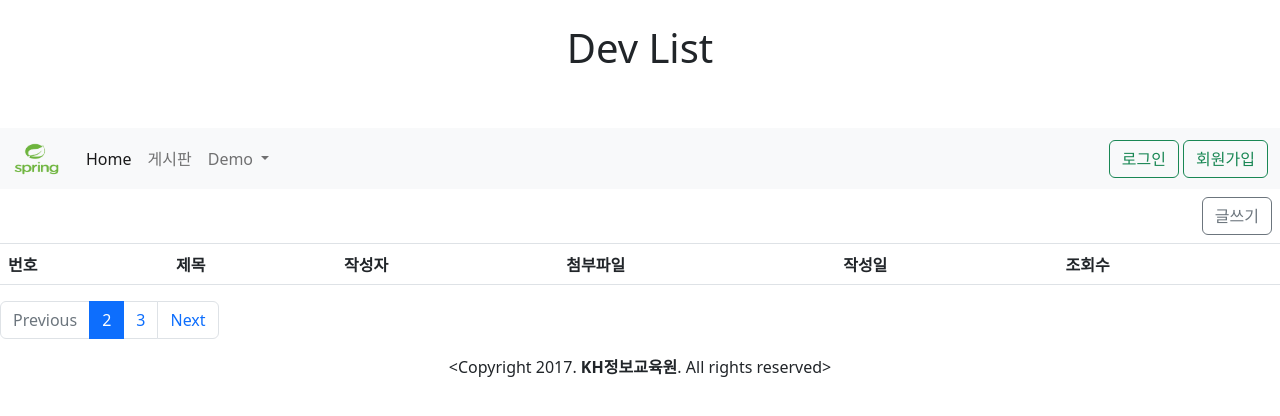
Repository: yerimeee/06_springWork
Page: http://localhost/springProject/WEB-INF/views/board/boardList.jsp
The author's editor kept a copy of each file at every save. The page is drawn from the files as they stood at one save, then again after the next save.
The browser window is 1280 px wide. The pictures show the whole page.
The page is served by Tomcat 9. Nobody is signed in. Other server files are loaded and not shown. The template is opened directly, without the code that normally fills it, so the values that code supplies are empty.

Above is the page before, as saved 2023-06-16 08:18:20.

### springProject/src/main/webapp/WEB-INF/views/board/boardList.jsp
<%@ page language="java" contentType="text/html; charset=UTF-8"
    pageEncoding="UTF-8"%>
<%@ taglib prefix="c" uri="http://java.sun.com/jsp/jstl/core" %>
<%@ taglib prefix="fmt" uri="http://java.sun.com/jsp/jstl/fmt" %>
<%@ taglib prefix="fn" uri="http://java.sun.com/jsp/jstl/functions" %>
<style>
	#container {
	width:1000px;
	margin:auto;
	padding:15px;
	}
</style>
<jsp:include page="/WEB-INF/views/common/header.jsp">
	<jsp:param value="Dev List" name="title"/>
</jsp:include>

<table class="table">
	<tr>
		<td colspan="6" align="right">
			<button type="button" class="btn btn-outline-secondary">글쓰기</button>
		</td>
	</tr>
	<tr>
		<th scope="col">번호</th>
		<th scope="col">제목</th>
		<th scope="col">작성자</th>
		<th scope="col">첨부파일</th>
		<th scope="col">작성일</th>
		<th scope="col">조회수</th>
	</tr>
	<c:forEach items="${boardList }" var="board">
		<tr>
			<td>${board.boardNo }</td>
			<td>${board.boardTitle }</td>
			<td>${board.boardWriter }</td>
			<td>${board.originalFilename }</td>
			<td>${board.createDate }</td>
			<td>${board.count }</td>
		</tr>
	</c:forEach>
</table>

<nav aria-label="...">
  <ul class="pagination">
  	<c:if test="${pi.nowPage ne 1 }">
    <li class="page-item disabled">
      <a class="page-link" href="#" tabindex="-1" aria-disabled="true">Previous</a>
    </li>
    </c:if>
    <c:forEach var="p" begin="${pi.startPage }" end="${pi.endPage }">
       <c:choose>
       	<c:when test="${p eq pi.nowPage }">
		    <li class="page-item"><a class="page-link" href="#">${p }</a></li>
       	</c:when>
       </c:choose>
    </c:forEach>
    <li class="page-item active" aria-current="page">
      <a class="page-link" href="#">2</a>
    </li>
    <li class="page-item"><a class="page-link" href="#">3</a></li>
    <li class="page-item">
      <a class="page-link" href="#">Next</a>
    </li>
  </ul>
</nav>

<jsp:include page="/WEB-INF/views/common/footer.jsp" />

### springProject/src/main/webapp/WEB-INF/views/common/header.jsp
<%@ page language="java" contentType="text/html; charset=UTF-8"
    pageEncoding="UTF-8"%>
<%@ taglib prefix="c" uri="http://java.sun.com/jsp/jstl/core" %>
<%@ taglib prefix="fmt" uri="http://java.sun.com/jsp/jstl/fmt" %>
<%@ taglib prefix="fn" uri="http://java.sun.com/jsp/jstl/functions" %>
<!DOCTYPE html>
<html>
<head>
<meta charset="UTF-8">

<title>${param.title }</title> <!-- input form은 request. 으로 받고 param으로 들어온 건 param으로 받음 -->

<script src="https://ajax.googleapis.com/ajax/libs/jquery/3.6.3/jquery.min.js"></script>
<link href="https://cdn.jsdelivr.net/npm/bootstrap@5.2.3/dist/css/bootstrap.min.css" rel="stylesheet" integrity="sha384-rbsA2VBKQhggwzxH7pPCaAqO46MgnOM80zW1RWuH61DGLwZJEdK2Kadq2F9CUG65" crossorigin="anonymous">
<link rel="stylesheet" href="${pageContext.request.contextPath}/resources/css/style.css">

<!-- DB에 저장이 잘 되었다면 alert창 띄우기 -->
<c:if test="${not empty msg }">
	<script type="text/javascript">
		alert('${msg}');
	</script>
</c:if>

</head>
<body>
	<script src="https://cdn.jsdelivr.net/npm/bootstrap@5.2.3/dist/js/bootstrap.bundle.min.js" integrity="sha384-kenU1KFdBIe4zVF0s0G1M5b4hcpxyD9F7jL+jjXkk+Q2h455rYXK/7HAuoJl+0I4" crossorigin="anonymous"></script>

	<header>
		<br>
		<h1 align="center">${param.title }</h1>
		<br><br>
		<nav class="navbar navbar-expand-lg bg-light">
		  <div class="container-fluid">
		    <a class="navbar-brand" href="#">
		    	<img src="${pageContext.request.contextPath}/resources/img/spring.png" alt="spring" width="50" height="35">
		    </a>
		    <button class="navbar-toggler" type="button" data-bs-toggle="collapse" data-bs-target="#navbarSupportedContent" aria-controls="navbarSupportedContent" aria-expanded="false" aria-label="Toggle navigation">
		      <span class="navbar-toggler-icon"></span>
		    </button>
		    <div class="collapse navbar-collapse" id="navbarSupportedContent">
		      <ul class="navbar-nav me-auto mb-2 mb-lg-0">
		        <li class="nav-item">
		          <a class="nav-link active" aria-current="page" href="${pageContext.request.contextPath }">Home</a>
		        </li>
		        <li class="nav-item">
		          <a class="nav-link" href="${pageContext.request.contextPath }/board/boardList.bo">게시판</a>
		        </li>
		        <li class="nav-item dropdown">
		          <a class="nav-link dropdown-toggle" href="#" role="button" data-bs-toggle="dropdown" aria-expanded="false">
		            Demo
		          </a>
		          <ul class="dropdown-menu">
		            <li><a class="dropdown-item" href="${pageContext.request.contextPath}/demo/devForm.do">Demo등록</a></li>
		            <li><a class="dropdown-item" href="${pageContext.request.contextPath}/demo/devList.do">Demo목록</a></li>
		          </ul>
		        </li>
		      </ul>
		      <%-- <button class="btn btn-outline-success" type="button" onclick="location.href='${pageContext.request.contextPath}/member/memberLogin.me'">로그인</button>&nbsp;--%>
		      																						<!-- 경로 이렇게 설정하면 get방식이 됨 -->

		    <!-- 로그인이 되어있지 않으면 로그인창 -->
		      <c:if test="${empty loginMember }">
		      	<button class="btn btn-outline-success" type="button"
		      		data-bs-toggle="modal" data-bs-target="#loginModal">로그인</button>&nbsp;
		      	<!-- 토글은 한 번 눌렀으면 보여지고 다시 누르면 안 보이는 기능인데 모달 창에서 버튼을 누르면 다른 모달창으로 넘어갈 수 있게 구현한 것임 -->
		      	<button class="btn btn-outline-success" type="button"
		      		onclick="location.href='${pageContext.request.contextPath}/member/memberEnroll.me'">회원가입</button>
		      	<!-- onclikc locatio.href으로 했으니 get방식이 됨 -->
		      </c:if>

		      <!-- 로그인이 되었으면 -->
		      <c:if test="${not empty loginMember }">
		      	<a href="${pageContext.request.contextPath }/member/memberDetail.me">${loginMember.userName }님 로그인 되었습니다</a>&emsp;
		      	<button class="btn btn-outline-success" type="button"
		      		onclick="location.href='${pageContext.request.contextPath}/member/memberLogout.me'">로그아웃</button>
		      </c:if>
		    </div>
		  </div>
		</nav>

		<!-- 로그인 모달창 -->
		<div class="modal" tabindex="-1" id="loginModal">
		  <div class="modal-dialog">
		    <div class="modal-content">
		      <div class="modal-header">
		        <h5 class="modal-title">로그인</h5>
		        <button type="button" class="btn-close" data-bs-dismiss="modal" aria-label="Close"></button>
		      </div>

		      <form action="${pageContext.request.contextPath }/member/memberLogin.me" method="post">
			      <div class="modal-body">
					<div class="mb-3 row">
						<label for="name" class="col-sm-2 col-form-label">ID</label>
						<div class="col-sm-10">
							<input type="text" class="form-control" name="userId" required>
						</div>
					</div>
						<div class="mb-3 row">
							<label for="career" class="col-sm-2 col-form-label">PW</label>
							<div class="col-sm-10">
								<input type="password" class="form-control" name="userPwd" required>
							</div>
						</div>
			      </div>

		      <div class="modal-footer">
		        <button type="button" class="btn btn-secondary" data-bs-dismiss="modal">닫기</button>
		        <button type="submit" class="btn btn-primary" data-bs-dismiss="modal">로그인</button>
		      </div>
		      </form>
		    </div>
		  </div>
		</div>
	</header>
	<section>

</body>
</html>

### springProject/src/main/webapp/WEB-INF/views/common/footer.jsp
<%@ page language="java" contentType="text/html; charset=UTF-8"
    pageEncoding="UTF-8"%>

	</section>
	<footer>
		<p>&lt;Copyright 2017. <strong>KH정보교육원</strong>. All rights reserved&gt;</p>
	</footer>

	</body>
</html>

### springProject/src/main/webapp/resources/css/style.css
@charset "UTF-8";

h1 {text-align:center;}
section {text-align:center;}
footer {text-align:center;}

After the next save:
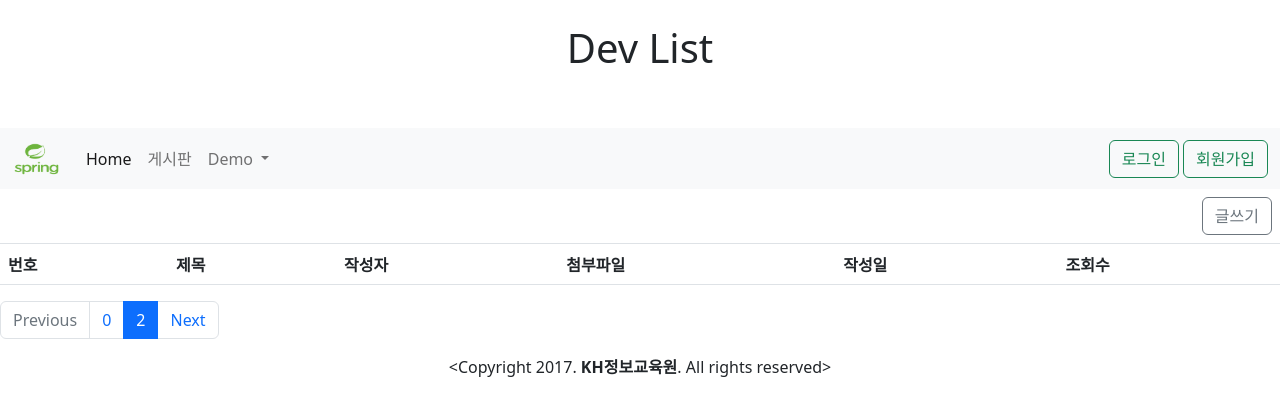
Saved 82 s later.
--- a/springProject/src/main/webapp/WEB-INF/views/board/boardList.jsp
+++ b/springProject/src/main/webapp/WEB-INF/views/board/boardList.jsp
@@ -52,12 +52,14 @@
        	<c:when test="${p eq pi.nowPage }">
 		    <li class="page-item"><a class="page-link" href="#">${p }</a></li>
        	</c:when>
+       	<c:otherwise>
+		    <li class="page-item"><a class="page-link" href="#">${p }</a></li>
+       	</c:otherwise>
        </c:choose>
     </c:forEach>
     <li class="page-item active" aria-current="page">
       <a class="page-link" href="#">2</a>
     </li>
-    <li class="page-item"><a class="page-link" href="#">3</a></li>
     <li class="page-item">
       <a class="page-link" href="#">Next</a>
     </li>
